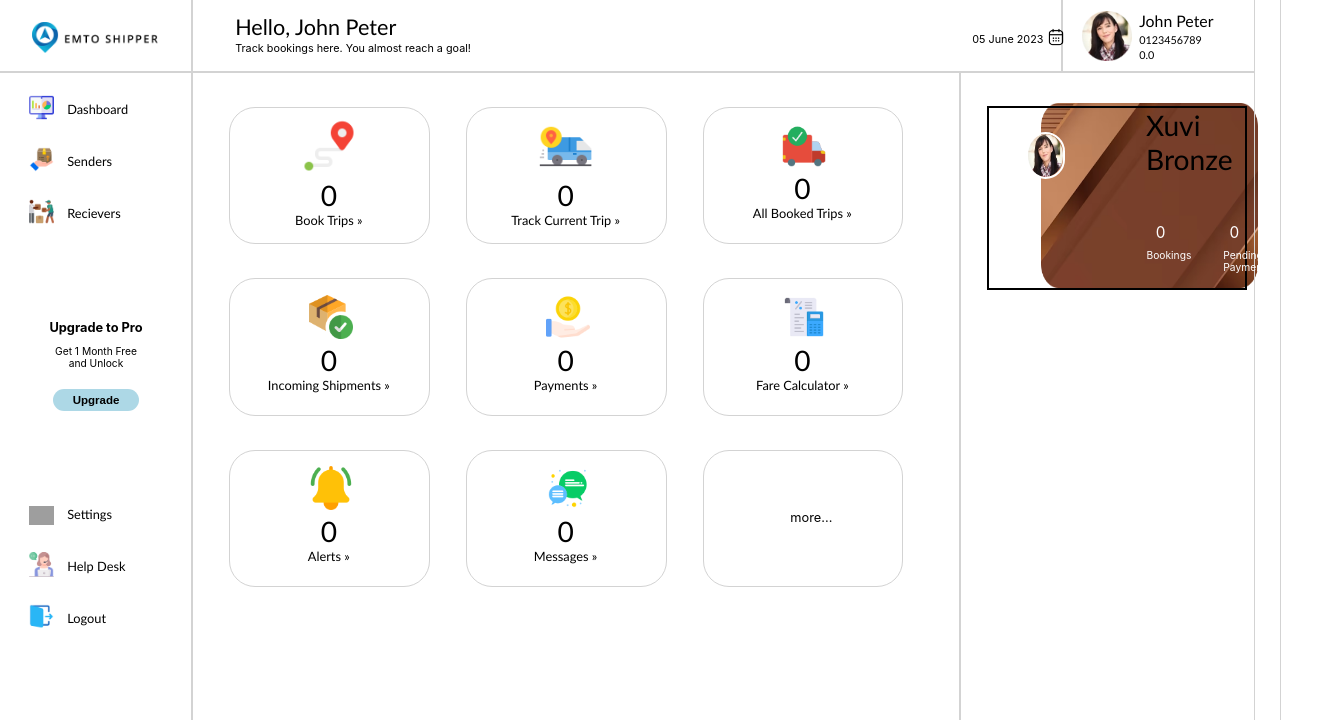
Repository: RoshanArun/Emto-Web
Page: /dashboard (app in emto/reactfirst/)
The author's editor kept a copy of each file at every save. The page is drawn from the files as they stood at one save, then again after a run of saves.
The browser window is 1280 px wide. The page is 1333 px wide, then 1320 px, so the pictures cover 1333 px, including what lies to the right of the window. The pictures show the whole page.
Pictures or frames that could not be fetched are drawn as grey boxes. The project was rebuilt for these pictures with package versions that can differ from the ones it lists, and the page was loaded fresh each time. Also part of the build but not shown: emto/reactfirst/src/pages/SignUp/SignUp.css, emto/reactfirst/src/pages/SignUp/SignUp.js, emto/reactfirst/src/pages/Login/Login.js.

Above is the page before, as saved 2023-07-30 02:23:30.

After the next 2 saves:
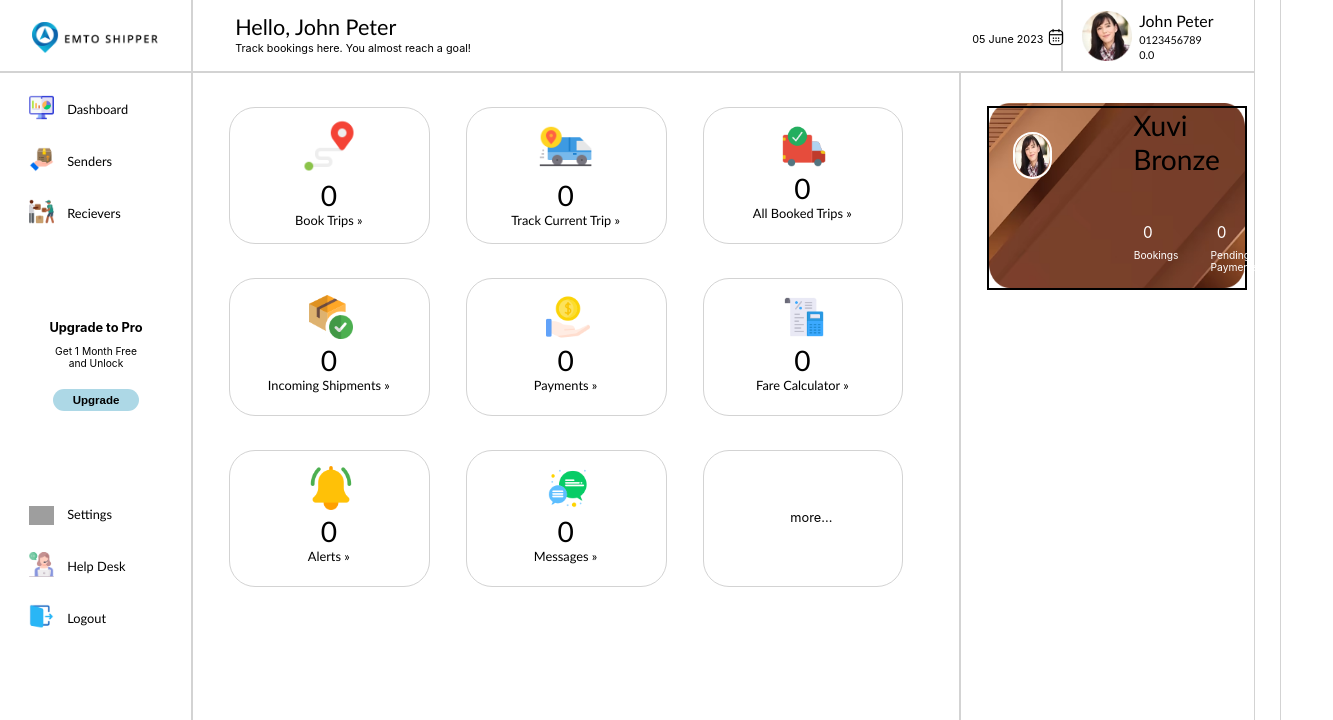
The 2 saves are shown as one change because they came seconds apart.
The last was saved 8 s later.
--- a/emto/reactfirst/src/pages/DashBoard/DashBoard.css
+++ b/emto/reactfirst/src/pages/DashBoard/DashBoard.css
@@ -235,8 +235,7 @@
 }
 
 .bronze{
-  width: 85%;
-  margin-left: 20%;
+  width: 100%;
   margin-top: -5px;
   margin-right: auto;
 }
